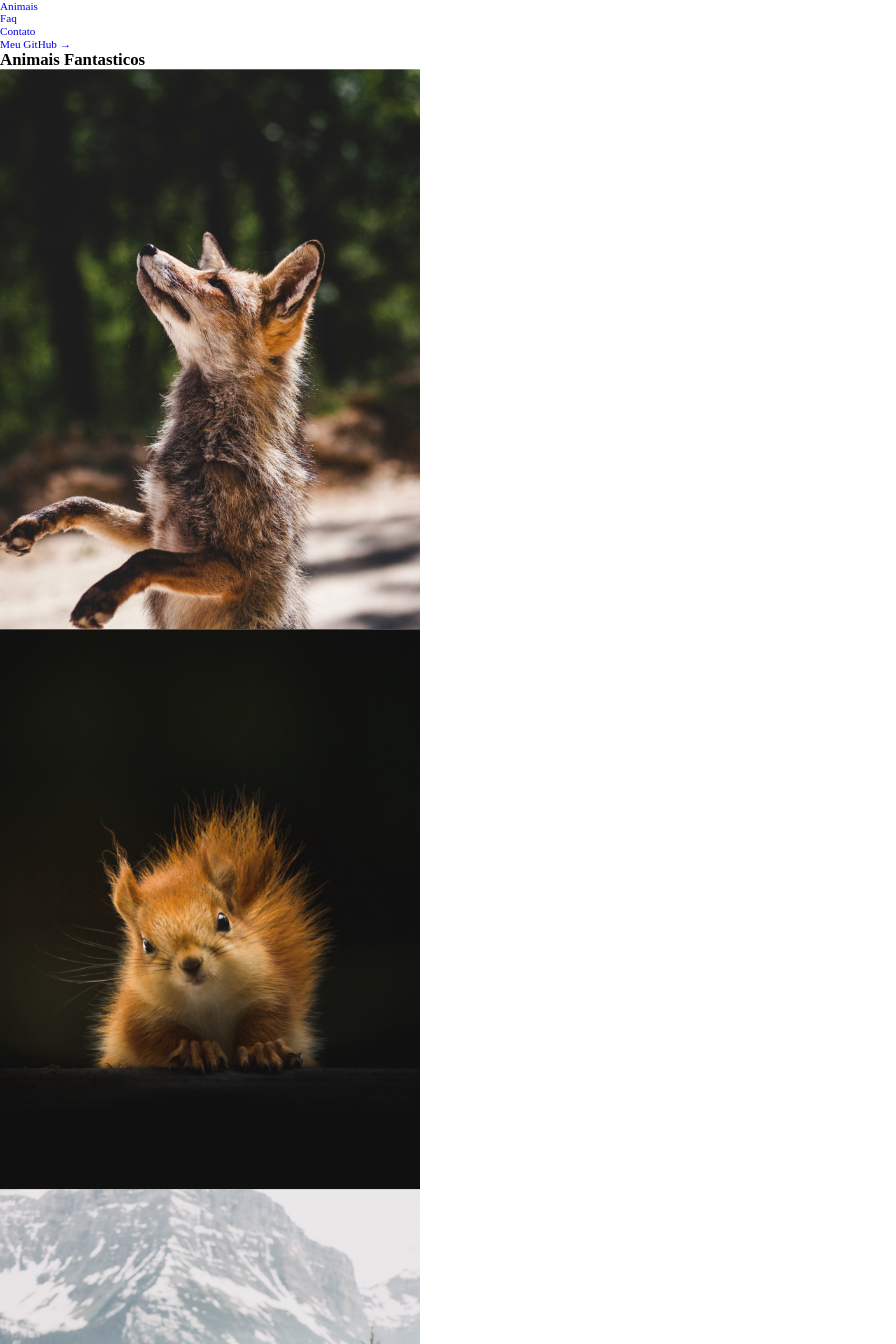
Repository: meiotera/animaisPagina
Page: index.html
An editor plug-in stored every save of this project. The page is shown before and after the next save, followed by the edit.
The browser window is 1280 px wide. The pictures show the part of the page from y = 0 to 1920 px (the page is 7939 px tall), at 70% of full size.

Above is the page before, as saved 2025-05-02 09:41:58.

After the next save:
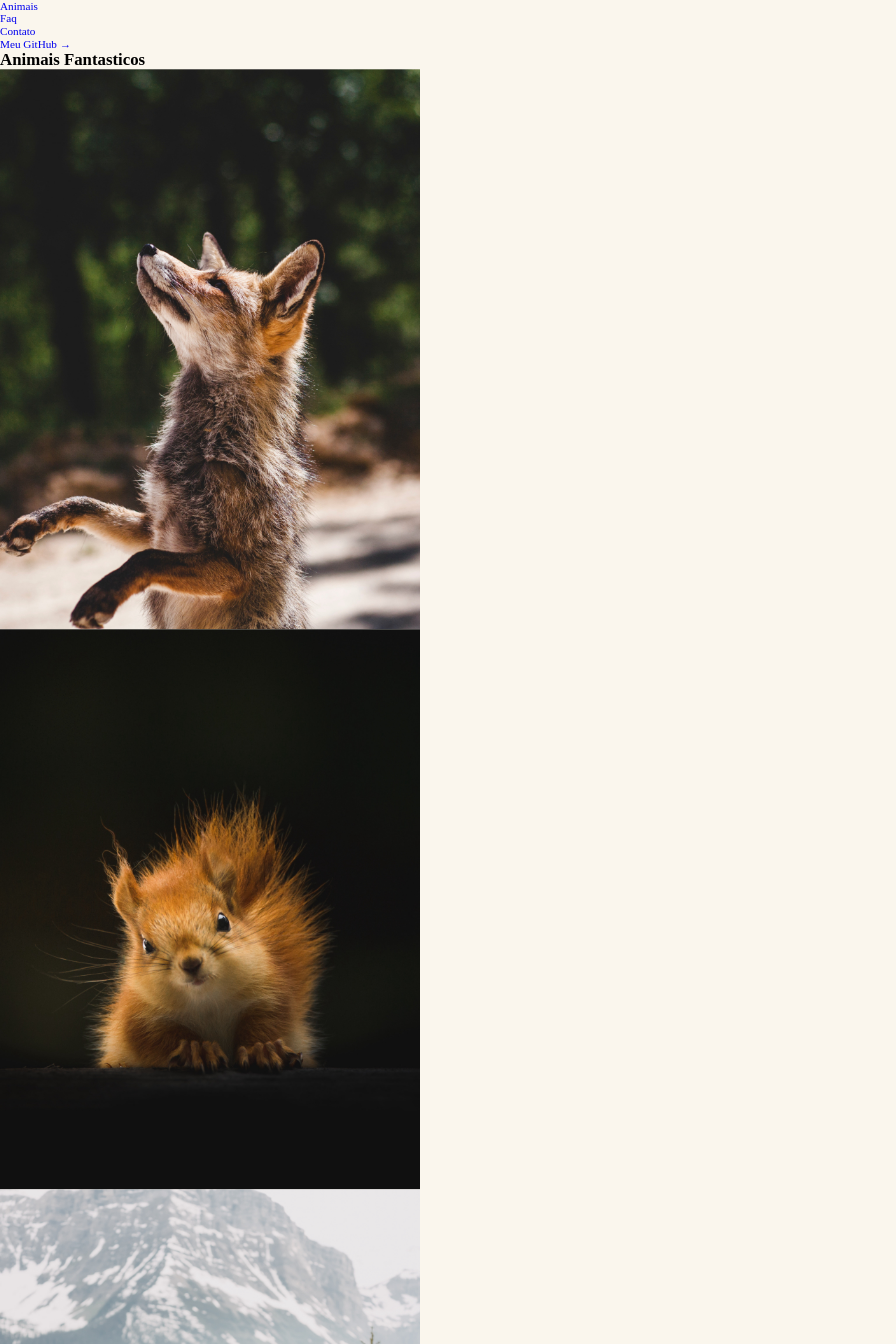
Saved 45 s later.
--- a/css/style.css
+++ b/css/style.css
@@ -19,3 +19,7 @@
   display: block;
   max-width: 100%;
 }
+
+body {
+  background-color: #faf6ed;
+}
